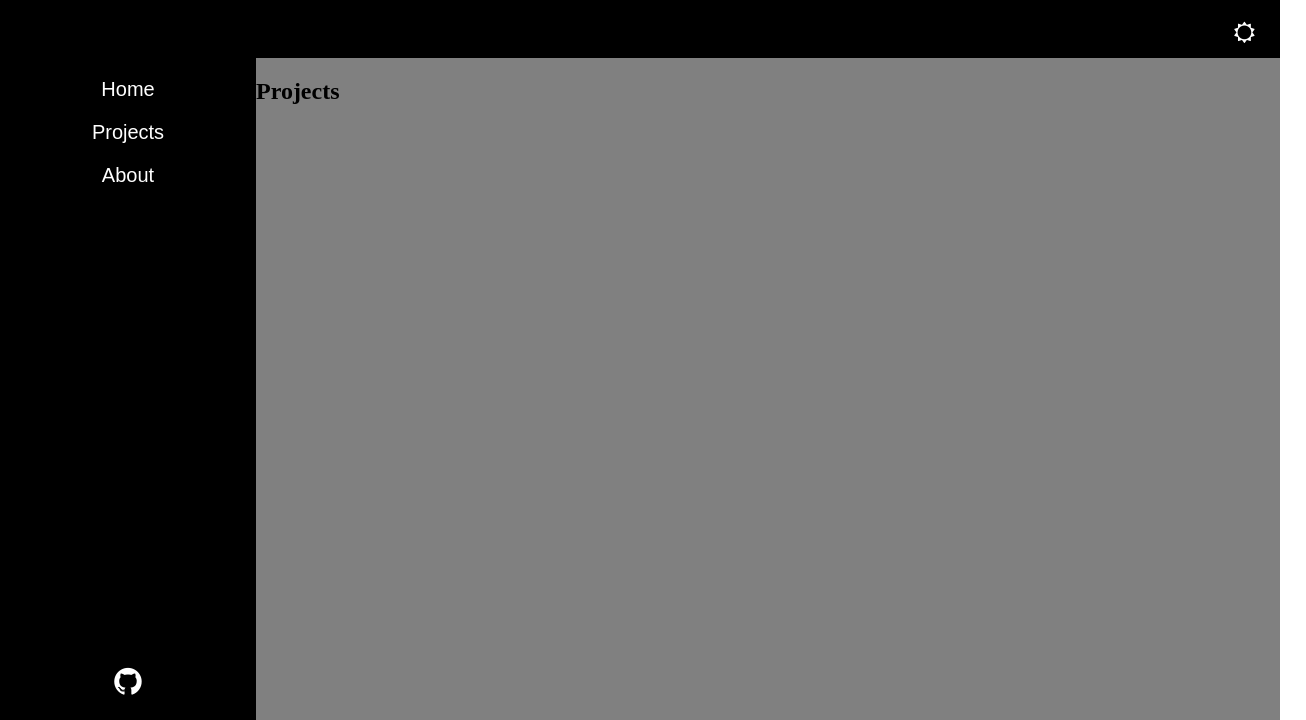
Repository: josephinel6/josephinel6.github.io
Page: index.html
The author's editor kept a copy of each file at every save. The page is drawn from the files as they stood at one save, then again after a run of saves.
The browser window is 1280 px wide. The page is 1280 px wide, then 1306 px, then 1280 px, so the pictures cover 1306 px, including what lies to the right of the window. The pictures show the whole page.

Above is the page before, as saved 2023-04-05 08:40:13.

After the next 2 saves:
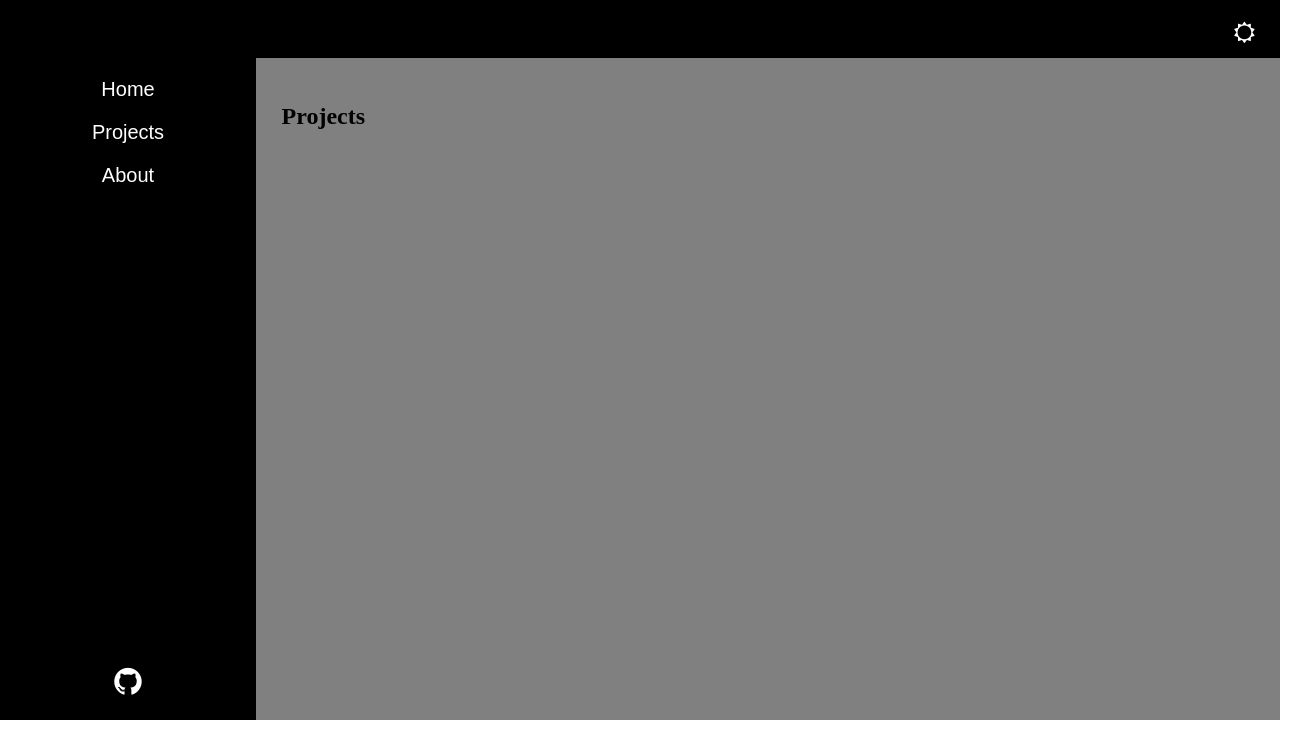
The 2 saves are shown as one change because they came seconds apart.
The last was saved 15 s later.
--- a/index.html
+++ b/index.html
@@ -77,13 +77,14 @@
             height: 100%;
             width: 100%;
             position: absolute;
+
+            margin-top: 2.5%;
+            margin-left: 2.5%;
         }
 
         .projectbutton {
             /* height: 175px; */
             width: 95%;
-            margin-top: 2.5%;
-            margin-left: 2.5%;
             position: absolute;
             background-color: var(--color-obj-bg);
             border-radius: 10px;

After the save that followed:
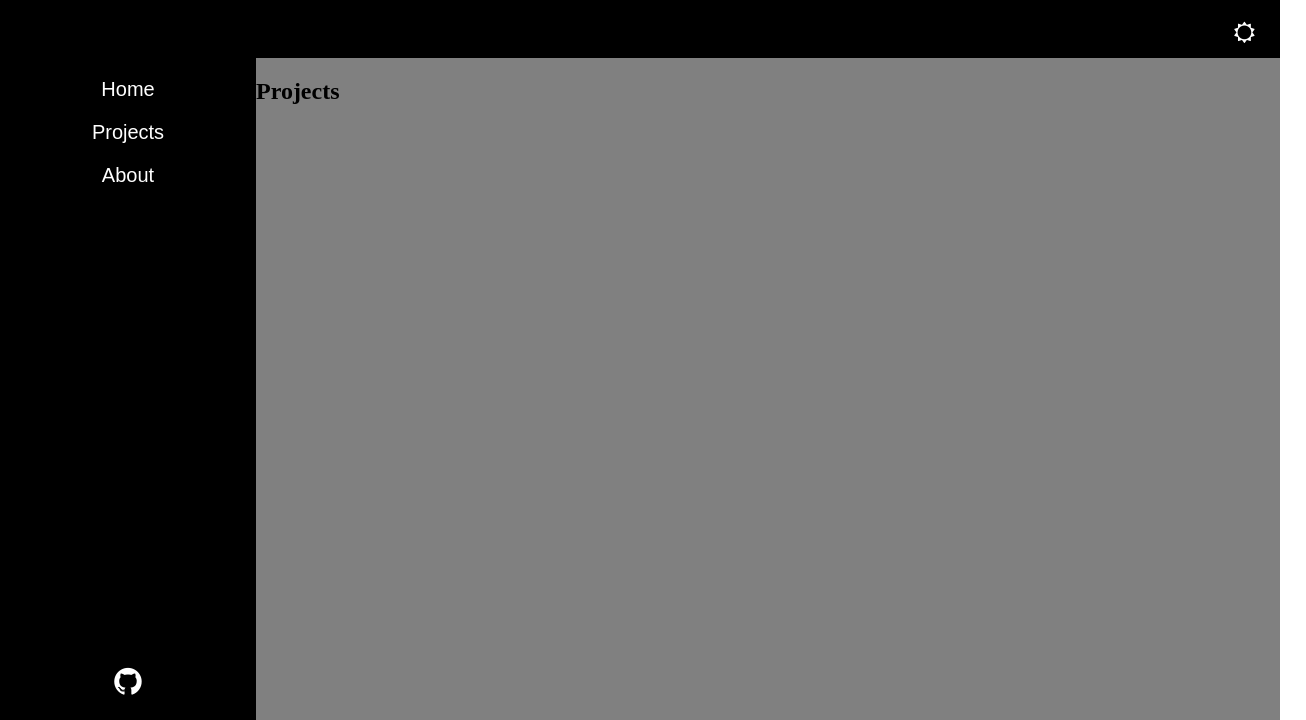
Saved 14 s later.
--- a/index.html
+++ b/index.html
@@ -78,8 +78,8 @@
             width: 100%;
             position: absolute;
 
-            margin-top: 2.5%;
-            margin-left: 2.5%;
+            /* margin-top: 2.5%;
+            margin-left: 2.5%; */
         }
 
         .projectbutton {
